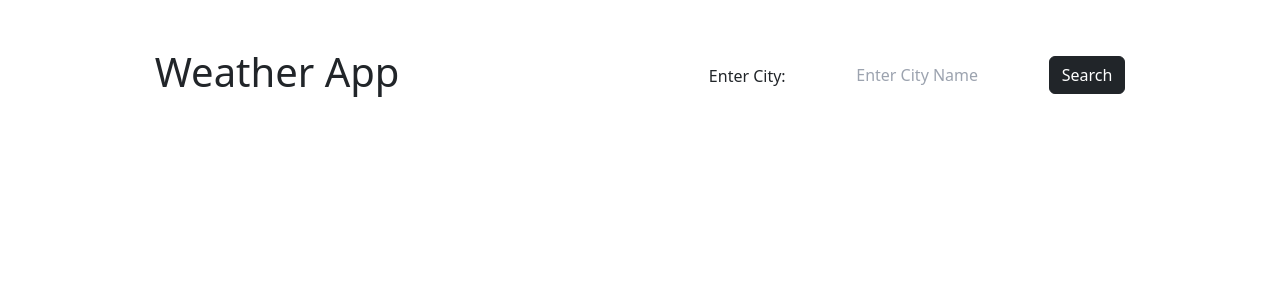
Repository: bhaveshtrades/weatherapp
Page: /
An editor plug-in stored every save of this project. The page is shown before and after the next save, followed by the edit.
The browser window is 1280 px wide. The pictures show the whole page.
The project was rebuilt for these pictures with package versions that can differ from the ones it lists, and the page was loaded fresh each time. Also part of the build but not shown: src/components/DetailedWeather.jsx, src/components/HourlyForecast.jsx.

Above is the page before, as saved 2023-01-25 00:26:46.

After the next save:
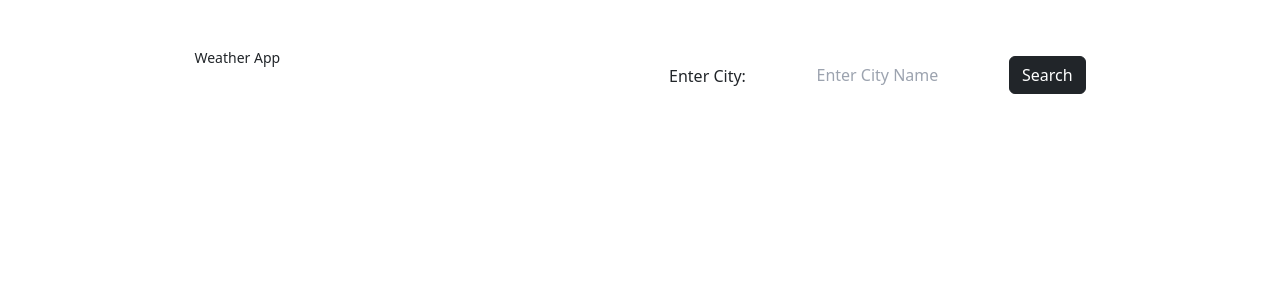
Saved 16 s later.
--- a/src/components/Navbar.jsx
+++ b/src/components/Navbar.jsx
@@ -6,7 +6,7 @@
     <>
     <div className='flex justify-around mt-12'>
     <div>
-    <h1 className='max-[950px]:text-sm'>Weather App</h1>
+    <h1 className='min-[950px]:text-sm'>Weather App</h1>
     </div>
     <div className='pt-2'>
     <form role="search" onSubmit={resultProp} className='flex gap-x-4'>
